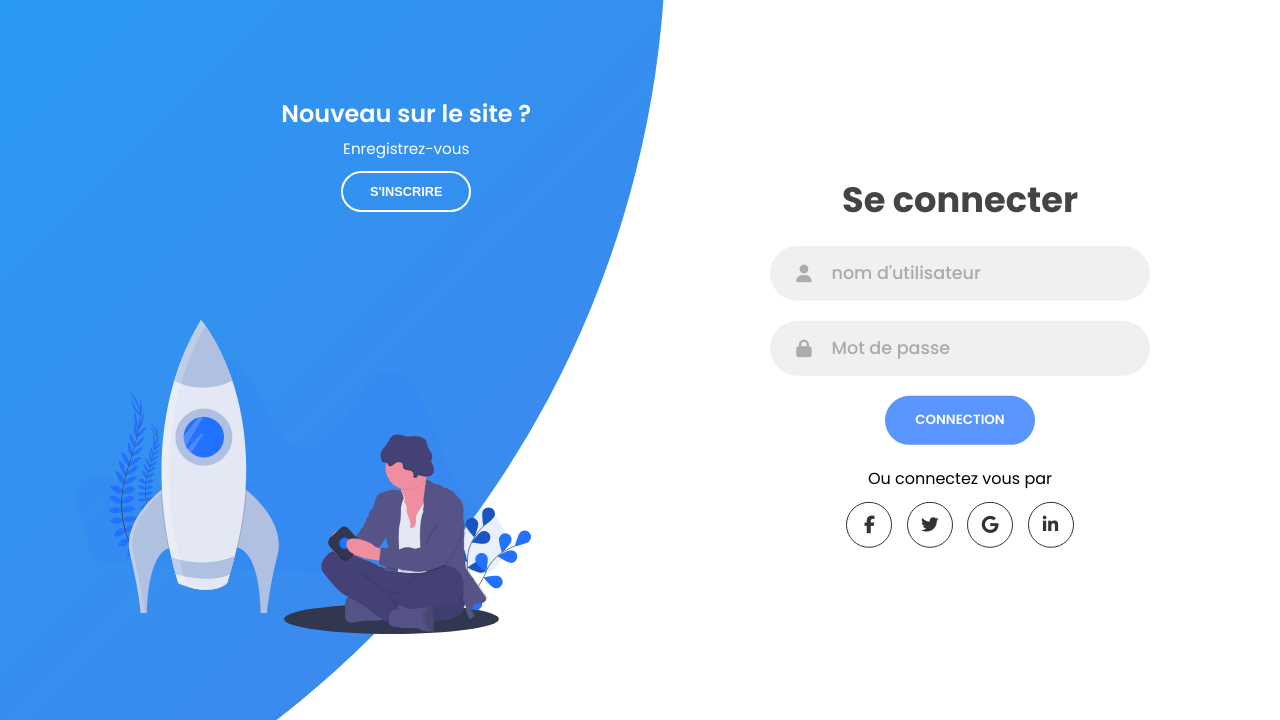
Repository: florianpeto/PROJET-SITE-ECOMMERCE
Page: PROJET SITE ECOMMERCE/Page connexion/login_register.html
The author's editor kept a copy of each file at every save. The page is drawn from the files as they stood at one save, then again after the next save.
The browser window is 1280 px wide. The pictures show the whole page.
Some web libraries are served in a nearby version.

Above is the page before, as saved 2023-01-24 17:58:08.

### PROJET SITE ECOMMERCE/Page connexion/login_register.html
<!DOCTYPE html>
<html lang="en">

<head>
  <meta charset="UTF-8" />
  <meta name="viewport" content="width=device-width, initial-scale=1.0" />
  <script src="https://kit.fontawesome.com/64d58efce2.js" crossorigin="anonymous"></script>
  <link rel="stylesheet" href="style.css" />
  <title>Sign in & Sign up Form</title>
</head>

<body>
  <div class="container">
    <div class="forms-container">
      <div class="signin-signup">
        <form action="#" class="sign-in-form">
          <h2 class="title">Se connecter</h2>
          <div class="input-field">
            <i class="fas fa-user"></i>
            <input type="text" placeholder="nom d'utilisateur" />
          </div>
          <div class="input-field">
            <i class="fas fa-lock"></i>
            <input type="password" placeholder="Mot de passe" />
          </div>
          <input type="submit" value="Connection" class="btn solid" />
          <p class="social-text">Ou connectez vous par</p>
          <div class="social-media">
            <a href="#" class="social-icon">
              <i class="fab fa-facebook-f"></i>
            </a>
            <a href="#" class="social-icon">
              <i class="fab fa-twitter"></i>
            </a>
            <a href="#" class="social-icon">
              <i class="fab fa-google"></i>
            </a>
            <a href="#" class="social-icon">
              <i class="fab fa-linkedin-in"></i>
            </a>
          </div>
        </form>
        <form action="#" class="sign-up-form">
          <h2 class="title">S'inscrire</h2>
          <div class="input-field">
            <i class="fas fa-user"></i>
            <input type="text" placeholder="Nom d'utilisateur" />
          </div>
          <div class="input-field">
            <i class="fas fa-envelope"></i>
            <input type="email" placeholder="Email" />
          </div>
          <div class="input-field">
            <i class="fas fa-lock"></i>
            <input type="password" placeholder="Mot de passe" />
          </div>
          <input type="submit" class="btn" value="Inscription" />
          <p class="social-text">Ou inscrivez vous par</p>
          <div class="social-media">
            <a href="#" class="social-icon">
              <i class="fab fa-facebook-f"></i>
            </a>
            <a href="#" class="social-icon">
              <i class="fab fa-twitter"></i>
            </a>
            <a href="#" class="social-icon">
              <i class="fab fa-google"></i>
            </a>
            <a href="#" class="social-icon">
              <i class="fab fa-linkedin-in"></i>
            </a>
          </div>
        </form>
      </div>
    </div>

    <div class="panels-container">
      <div class="panel left-panel">
        <div class="content">
          <h3>Nouveau sur le site ?</h3>
          <p>
            Enregistrez-vous
          </p>
          <button class="btn transparent" id="sign-up-btn">
            S'inscrire
          </button>
        </div>
        <img src="img/log.svg" class="image" alt="" />
      </div>
      <div class="panel right-panel">
        <div class="content">
          <h3>Vous faitez deja partie des notres?</h3>
          <p>
            Connectez vous tout simplement
          </p>
          <button class="btn transparent" id="sign-in-btn">
            Se connecter
          </button>
        </div>
        <img src="img/poules_xd-removebg-preview.png" class="image" alt="" />
      </div>
    </div>
  </div>

  <script src="app.js"></script>
</body>

</html>

### PROJET SITE ECOMMERCE/Page connexion/style.css
@import url("https://fonts.googleapis.com/css2?family=Poppins:wght@200;300;400;500;600;700;800&display=swap");

* {
  margin: 0;
  padding: 0;
  box-sizing: border-box;
}

body,
input {
  font-family: "Poppins", sans-serif;
}

.container {
  position: relative;
  width: 100%;
  background-color: #fff;
  min-height: 100vh;
  overflow: hidden;
}

.forms-container {
  position: absolute;
  width: 100%;
  height: 100%;
  top: 0;
  left: 0;
}

.signin-signup {
  position: absolute;
  top: 50%;
  transform: translate(-50%, -50%);
  left: 75%;
  width: 50%;
  transition: 1s 0.7s ease-in-out;
  display: grid;
  grid-template-columns: 1fr;
  z-index: 5;
}

form {
  display: flex;
  align-items: center;
  justify-content: center;
  flex-direction: column;
  padding: 0rem 5rem;
  transition: all 0.2s 0.7s;
  overflow: hidden;
  grid-column: 1 / 2;
  grid-row: 1 / 2;
}

form.sign-up-form {
  opacity: 0;
  z-index: 1;
}

form.sign-in-form {
  z-index: 2;
}

.title {
  font-size: 2.2rem;
  color: #444;
  margin-bottom: 10px;
}

.input-field {
  max-width: 380px;
  width: 100%;
  background-color: #f0f0f0;
  margin: 10px 0;
  height: 55px;
  border-radius: 55px;
  display: grid;
  grid-template-columns: 15% 85%;
  padding: 0 0.4rem;
  position: relative;
}

.input-field i {
  text-align: center;
  line-height: 55px;
  color: #acacac;
  transition: 0.5s;
  font-size: 1.1rem;
}

.input-field input {
  background: none;
  outline: none;
  border: none;
  line-height: 1;
  font-weight: 600;
  font-size: 1.1rem;
  color: #333;
}

.input-field input::placeholder {
  color: #aaa;
  font-weight: 500;
}

.social-text {
  padding: 0.7rem 0;
  font-size: 1rem;
}

.social-media {
  display: flex;
  justify-content: center;
}

.social-icon {
  height: 46px;
  width: 46px;
  display: flex;
  justify-content: center;
  align-items: center;
  margin: 0 0.45rem;
  color: #333;
  border-radius: 50%;
  border: 1px solid #333;
  text-decoration: none;
  font-size: 1.1rem;
  transition: 0.3s;
}

.social-icon:hover {
  color: #4481eb;
  border-color: #4481eb;
}

.btn {
  width: 150px;
  background-color: #5995fd;
  border: none;
  outline: none;
  height: 49px;
  border-radius: 49px;
  color: #fff;
  text-transform: uppercase;
  font-weight: 600;
  margin: 10px 0;
  cursor: pointer;
  transition: 0.5s;
}

.btn:hover {
  background-color: #4d84e2;
}
.panels-container {
  position: absolute;
  height: 100%;
  width: 100%;
  top: 0;
  left: 0;
  display: grid;
  grid-template-columns: repeat(2, 1fr);
}

.container:before {
  content: "";
  position: absolute;
  height: 2000px;
  width: 2000px;
  top: -10%;
  right: 48%;
  transform: translateY(-50%);
  background-image: linear-gradient(-45deg, #4481eb 0%, #04befe 100%);
  transition: 1.8s ease-in-out;
  border-radius: 50%;
  z-index: 6;
}

.image {
  width: 100%;
  transition: transform 1.1s ease-in-out;
  transition-delay: 0.4s;
}

.panel {
  display: flex;
  flex-direction: column;
  align-items: flex-end;
  justify-content: space-around;
  text-align: center;
  z-index: 6;
}

.left-panel {
  pointer-events: all;
  padding: 3rem 17% 2rem 12%;
}

.right-panel {
  pointer-events: none;
  padding: 3rem 12% 2rem 17%;
}

.panel .content {
  color: #fff;
  transition: transform 0.9s ease-in-out;
  transition-delay: 0.6s;
}

.panel h3 {
  font-weight: 600;
  line-height: 1;
  font-size: 1.5rem;
}

.panel p {
  font-size: 0.95rem;
  padding: 0.7rem 0;
}

.btn.transparent {
  margin: 0;
  background: none;
  border: 2px solid #fff;
  width: 130px;
  height: 41px;
  font-weight: 600;
  font-size: 0.8rem;
}

.right-panel .image,
.right-panel .content {
  transform: translateX(800px);
}

/* ANIMATION */

.container.sign-up-mode:before {
  transform: translate(100%, -50%);
  right: 52%;
}

.container.sign-up-mode .left-panel .image,
.container.sign-up-mode .left-panel .content {
  transform: translateX(-800px);
}

.container.sign-up-mode .signin-signup {
  left: 25%;
}

.container.sign-up-mode form.sign-up-form {
  opacity: 1;
  z-index: 2;
}

.container.sign-up-mode form.sign-in-form {
  opacity: 0;
  z-index: 1;
}

.container.sign-up-mode .right-panel .image,
.container.sign-up-mode .right-panel .content {
  transform: translateX(0%);
}

.container.sign-up-mode .left-panel {
  pointer-events: none;
}

.container.sign-up-mode .right-panel {
  pointer-events: all;
}

@media (max-width: 870px) {
  .container {
    min-height: 800px;
    height: 100vh;
  }
  .signin-signup {
    width: 100%;
    top: 95%;
    transform: translate(-50%, -100%);
    transition: 1s 0.8s ease-in-out;
  }

  .signin-signup,
  .container.sign-up-mode .signin-signup {
    left: 50%;
  }

  .panels-container {
    grid-template-columns: 1fr;
    grid-template-rows: 1fr 2fr 1fr;
  }

  .panel {
    flex-direction: row;
    justify-content: space-around;
    align-items: center;
    padding: 2.5rem 8%;
    grid-column: 1 / 2;
  }

  .right-panel {
    grid-row: 3 / 4;
  }

  .left-panel {
    grid-row: 1 / 2;
  }

  .image {
    width: 200px;
    transition: transform 0.9s ease-in-out;
    transition-delay: 0.6s;
  }

  .panel .content {
    padding-right: 15%;
    transition: transform 0.9s ease-in-out;
    transition-delay: 0.8s;
  }

  .panel h3 {
    font-size: 1.2rem;
  }

  .panel p {
    font-size: 0.7rem;
    padding: 0.5rem 0;
  }

  .btn.transparent {
    width: 110px;
    height: 35px;
    font-size: 0.7rem;
  }

  .container:before {
    width: 1500px;
    height: 1500px;
    transform: translateX(-50%);
    left: 30%;
    bottom: 68%;
    right: initial;
    top: initial;
    transition: 2s ease-in-out;
  }

  .container.sign-up-mode:before {
    transform: translate(-50%, 100%);
    bottom: 32%;
    right: initial;
  }

  .container.sign-up-mode .left-panel .image,
  .container.sign-up-mode .left-panel .content {
    transform: translateY(-300px);
  }

  .container.sign-up-mode .right-panel .image,
  .container.sign-up-mode .right-panel .content {
    transform: translateY(0px);
  }

  .right-panel .image,
  .right-panel .content {
    transform: translateY(300px);
  }

  .container.sign-up-mode .signin-signup {
    top: 5%;
    transform: translate(-50%, 0);
  }
}

@media (max-width: 570px) {
  form {
    padding: 0 1.5rem;
  }

  .image {
    display: none;
  }
  .panel .content {
    padding: 0.5rem 1rem;
  }
  .container {
    padding: 1.5rem;
  }

  .container:before {
    bottom: 72%;
    left: 50%;
  }

  .container.sign-up-mode:before {
    bottom: 28%;
    left: 50%;
  }
}

Loaded but not shown: PROJET SITE ECOMMERCE/Page connexion/app.js (common file)

After the next save:
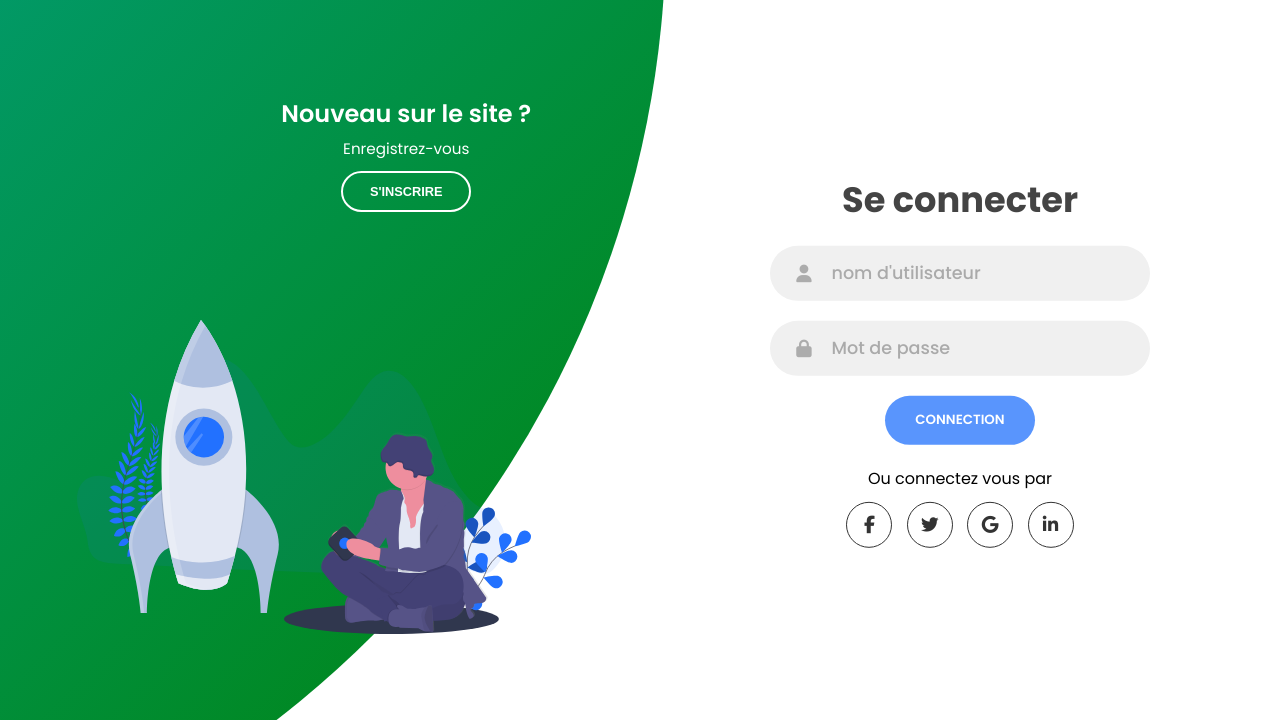
Saved 15 h 7 min later.
--- a/PROJET SITE ECOMMERCE/Page connexion/style.css
+++ b/PROJET SITE ECOMMERCE/Page connexion/style.css
@@ -150,6 +150,7 @@ form.sign-in-form {
 .btn:hover {
   background-color: #4d84e2;
 }
+
 .panels-container {
   position: absolute;
   height: 100%;
@@ -168,7 +169,7 @@ form.sign-in-form {
   top: -10%;
   right: 48%;
   transform: translateY(-50%);
-  background-image: linear-gradient(-45deg, #4481eb 0%, #04befe 100%);
+  background-image: linear-gradient(-45deg, green 0%, #04befe 100%);
   transition: 1.8s ease-in-out;
   border-radius: 50%;
   z-index: 6;
@@ -275,6 +276,7 @@ form.sign-in-form {
     min-height: 800px;
     height: 100vh;
   }
+
   .signin-signup {
     width: 100%;
     top: 95%;
@@ -381,9 +383,11 @@ form.sign-in-form {
   .image {
     display: none;
   }
+
   .panel .content {
     padding: 0.5rem 1rem;
   }
+
   .container {
     padding: 1.5rem;
   }
